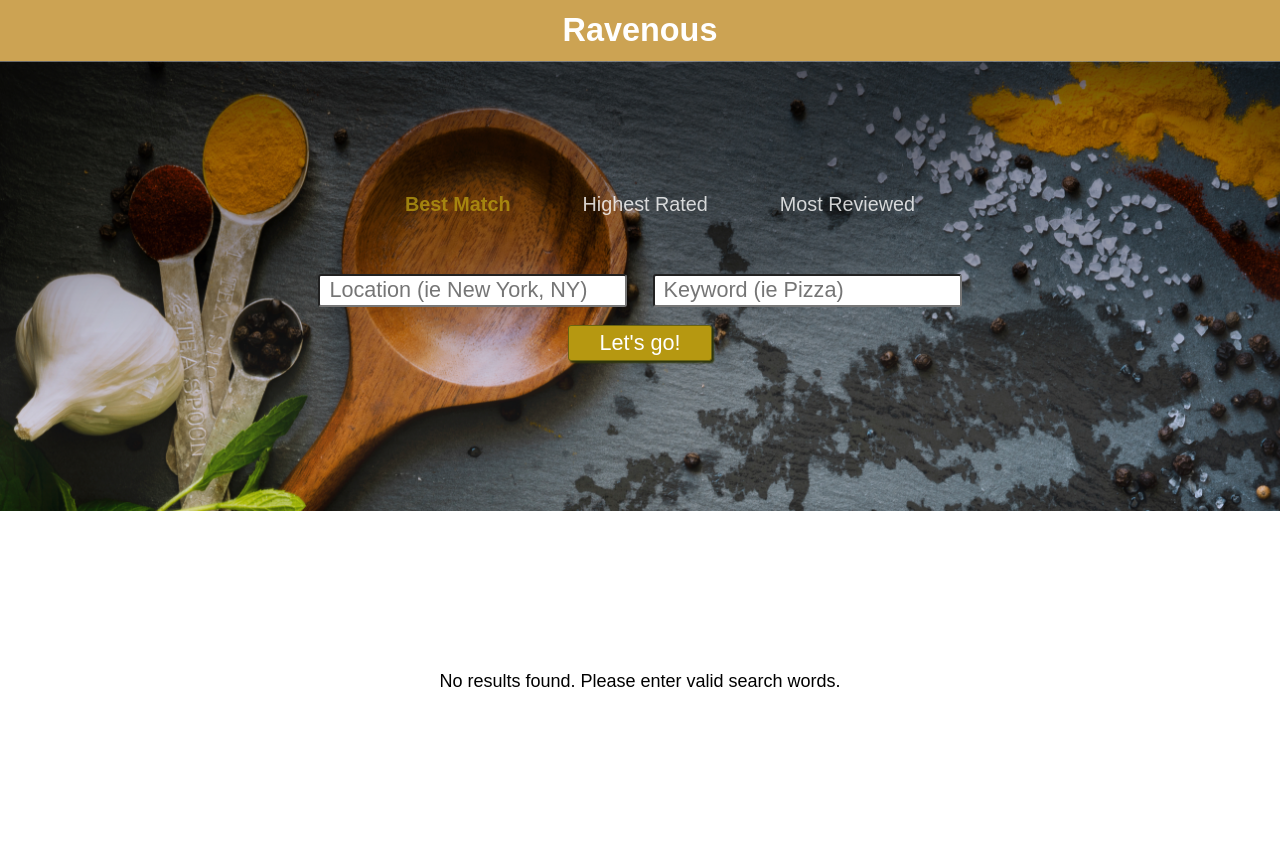
Repository: LolaSL/Ravenous
Page: /
These files come from the project's save history. The page is drawn as it stood at one moment and after the next save; the edit follows.
The browser window is 1280 px wide. The pictures show the whole page.
The page's requests for data from a server got no answer. The project was rebuilt for these pictures with package versions that can differ from the ones it lists, and the page was loaded fresh each time. No one was signed in, and anything a server would have sent is missing. Also part of the build but not shown: src/Business/Business.js.

Above is the page before, as saved 2024-03-24 12:51:34.

### src/App.js
import './App.css';
import React, { useState, useEffect } from 'react';
import BusinessList from './BusinessList/BusinessList';
import SearchBar from './SearchBar/SearchBar';
import getSuggestions from './utils/yelp';
import ThemeToggle from './ThemeToggle';


function App() {
  const [businesses, setBusinesses ] = useState([]);

  const searchYelp = async (keyword, location, sort) => {
    const suggestions = await getSuggestions(keyword, location, sort);
    setBusinesses(suggestions);
  };

  useEffect(() => {
    searchYelp("food", "US", "best_match");
  }, []);

  return (
    <div className="App">
      <header>
        <h1>Ravenous</h1>
      </header>
      <main>
        <SearchBar searchYelp={searchYelp}/>
        <BusinessList businesses={businesses}/>
      </main>
      <footer>

      </footer>
    </div>
  );
};

export default App;

### src/App.css
/* Universal Styles */

html {
  font-size: 18px;
}

html,
body {
  margin: 0;
}

@media only screen and (max-width: 560px) {
  html {
    font-size: 15px;
  }
}

input:focus {
  outline: none;
}

/* App Styles */

.App {
  font-family: "Work Sans", sans-serif;
}

.App h1 {
  padding: 0.66rem 0;
  text-align: center;
  background-color: #cca353;
  font-family: Poppins, sans-serif;
  font-size: 1.8rem;
  color: #fff;
  margin: 0;
}

### src/BusinessList/BusinessList.js
import React from 'react';
import './BusinessList.css';
import Business from '../Business/Business';

function BusinessList(prop) {
  if(!prop.businesses) {
    return (
      <div id="business-list">
        <p>No results found. Please enter valid search words.</p>
      </div>
    )
  }
  return (
    <div id="business-list">
      {prop.businesses?.map(business => {
        return <Business info={business} key={business.id}/>;
      })}
    </div>
  );
};

export default BusinessList;

### src/SearchBar/SearchBar.js
import React, { useState } from 'react';
import './SearchBar.css';

function SearchBar({ searchYelp }) {
    const [location, setLocation] = useState("US");
    const [keyword, setKeyword] = useState("restaurant");
    const [sort, setSort] = useState("best_match");

    const sortChoices = [
        { id: "best_match", choice: "Best Match" },
        { id: "rating", choice: "Highest Rated" },
        { id: "review_count", choice: "Most Reviewed" }
    ];

    const handleSortChange = (choice) => {
        setSort(choice);
    }

    const handleLocationChange = (event) => {
        let choice = event.target.value;
        if (!choice) {
            choice = "US";
        };
        setLocation(choice);
    };

    const handleKeywordChange = (event) => {
        let choice = event.target.value;
        if (!choice) {
            choice = "food";
        };
        setKeyword(choice);
    };

    const handleSubmit = (event) => {
        event.preventDefault();
        searchYelp(keyword, location, sort);
    };

    return (
        <div id="search-bar">
            <ul id="sort-options">
                {sortChoices.map((choice) => (
                    <li key={choice.id} value={choice.id} onClick={() => handleSortChange(choice.id)} className={sort === choice.id ? "active" : ""}>{choice.choice}</li>
                ))}
            </ul>
            <div id="user-input">
                <input className="search-input" id="location" onChange={handleLocationChange} placeholder="Location (ie New York, NY)" />
                <input className="search-input" id="keyword" onChange={handleKeywordChange} placeholder="Keyword (ie Pizza)" />
                <button id="submit" type="submit" onClick={handleSubmit}>Let's go!</button>
            </div>
        </div>
    );
};

export default SearchBar;

### src/utils/yelp.js
const apiKey = process.env.REACT_APP_API_KEY;
const cors = "https://cors-anywhere.herokuapp.com/";
const baseUrl = "https://api.yelp.com/v3";
const searchEndpoint = "/businesses/search";

const getSuggestions = async (keyword, location, sort) => {
  const endpoint = `${cors}${baseUrl}${searchEndpoint}?term=${keyword}&location=${location}&sort_by=${sort}`;

  try {
    const response = await fetch(endpoint,
      {
        headers: {
          Authorization: `Bearer ${apiKey}`
        }
      }
    );
    if (response.ok) {
      const jsonResponse = await response.json();
      const results = jsonResponse.businesses.map((business) => ({
        id: business.id,
        img: business.image_url,
        name: business.name,
        address: `${business.location.display_address[0]}, ${business.location.display_address[1]}`,
        category: business.categories[0].title,
        rating: business.rating,
        reviews: business.review_count
      }));
      return results;
    }
  }
  catch (error) {
    console.log(error);
  };
};
export default getSuggestions;

### src/BusinessList/BusinessList.css
/* BusinessList.css */
#business-list {
  display: flex;
  box-sizing: border-box;
  width: 100%;
  min-height: 15rem;
  margin: 2rem auto;
  padding: 1rem 5rem;
  align-items: center;
  flex-wrap: wrap;
  justify-content: center;
  background-color: white;
}

### src/SearchBar/SearchBar.css
#search-bar {
  display: flex;
  flex-direction: column;
  justify-content: center;
  background-image: url("./background_search_desktop.jpg");
  background-size: cover;
  background-repeat: no-repeat;
  height: 25rem;
}

#sort-options {
  display: flex;
  justify-content: center;
  margin-bottom: 2.22rem;
  color: white;
}

#sort-options li {
  display: inline;
  margin: 0 2rem;
  color: white;
  font-size: 1.1rem;
  opacity: 80%;
  justify-content: center;
}

#sort-options li:hover {
  cursor: pointer;
  color: rgb(182, 152, 17);
}

.active {
  color: rgb(182, 152, 17) !important;
  font-weight: bold;
}

hr {
  margin: 1.5rem auto;
  width: 30%;
  opacity: 50%;
}

#user-input {
  margin: 1rem auto;
}

.search-input {
  margin: 0 0.7rem;
  font-size: 1.2rem;
  height: 1.2rem;
  padding: 0.2rem 0.5rem;
  border-radius: 3px;
}

#submit {
  display: block;
  width: 8rem;
  height: 2rem;
  margin: 1rem auto;
  color: white;
  background-color: rgb(182, 152, 17);
  border: 1px solid rgb(107, 101, 17);
  border-radius: 3px;
  font-size: 1.2rem;
  box-shadow: 2px 2px 2px rgb(47, 53, 10);
}

#submit:hover {
  cursor: pointer;
  background-color: rgb(81, 67, 2);
}

@media only screen and (max-width: 560px) {
  #search-bar {
    background-image: url("./background_search_mobile.jpg");
  }

  #sort-options li {
    display: block;
  }

  .search-input {
    margin-right: 0 auto;
    width: 70%;
    margin-bottom: 0.86rem;
  }
}

### src/Business/Business.css
/* Business.css */
.restaurant-card {
  display: flex;
  flex-direction: column;
  justify-content: space-between;
  width: 16.66rem;
  margin: 0 0.5rem 2.3rem 0.5rem;
}

img {
  height: 16.66rem;
  margin-bottom: 1rem;
  display: flex;
  flex-direction: column;
  justify-content: center;
  overflow: hidden;
  background: #000;
  border-radius: 5px;
}
.image img {
  width: 100%;
}
.name {
  font-size: 1.2rem;
  font-weight: bold;
}

.category,
.rating {
  color: rgb(152, 97, 3);
  font-weight: bold;
}

.info {
  padding-bottom: 10px;
}

p {
  margin: 0;
}

### src/ThemeToggle.js
import React from 'react';
import { FaSun, FaMoon } from 'react-icons/fa';

const ThemeToggle = () => {
  const [theme, setTheme] = React.useState('light');

  React.useEffect(() => {
    document.body.className = theme;
  }, [theme]);

  const toggleTheme = () => {
    if (theme === 'light') {
      setTheme('dark');
    } else {
      setTheme('light');
    }
  };

  return (
    <button className="theme-toggle" onClick={toggleTheme}>
      {theme === 'light' ? <FaMoon /> : <FaSun />}
    </button>
  );
};

export default ThemeToggle;

Loaded but not shown: public/index.html (common file); src/index.js (common file); src/index.css (common file); src/reportWebVitals.js (common file)

After the next save:
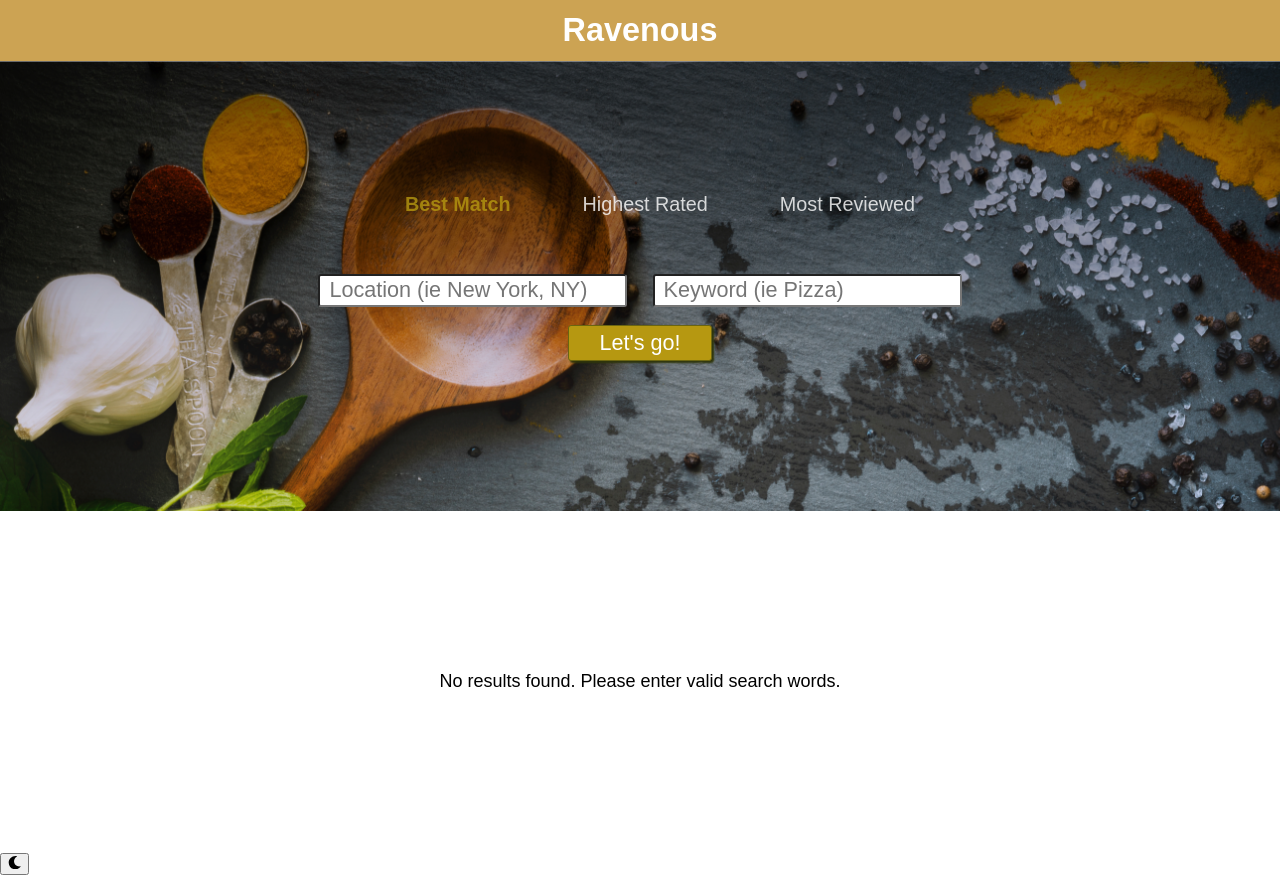
Saved 16 s later.
--- a/src/App.js
+++ b/src/App.js
@@ -30,6 +30,7 @@ function App() {
       <footer>
 
       </footer>
+      <ThemeToggle />
     </div>
   );
 };
